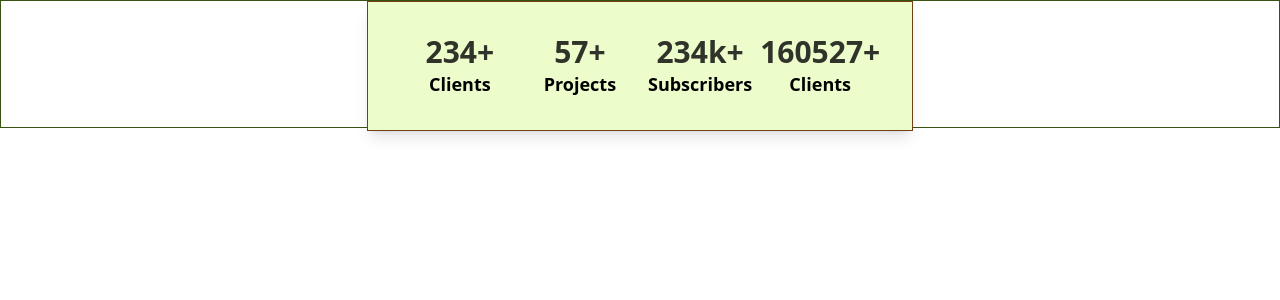
Repository: Kish202/Coz-Marketing-Site
Page: / (app in frontend/)
These files come from the project's save history. The page is drawn as it stood at one moment and after the next save; the edit follows.
The browser window is 1280 px wide. The pictures show the whole page.
The project was rebuilt for these pictures with package versions that can differ from the ones it lists, and the page was loaded fresh each time. Also part of the build but not shown: frontend/vite.config.js.

Above is the page before, as saved 2025-03-09 12:29:16.

After the next save:
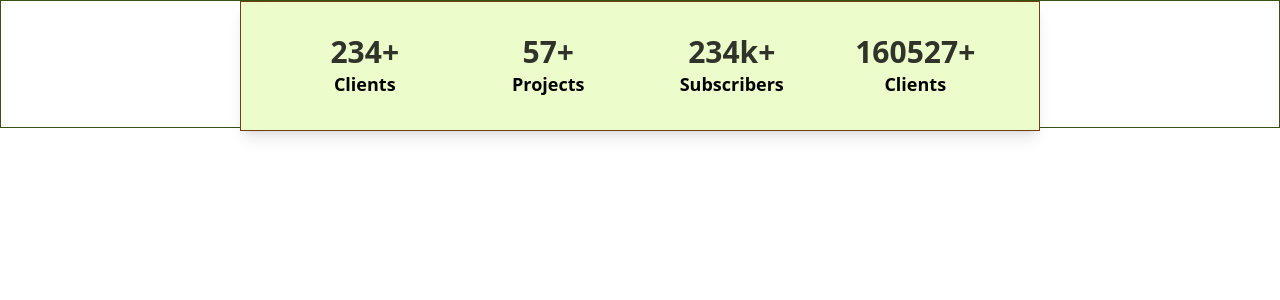
Saved 52 s later.
--- a/frontend/src/components/Service/Service.jsx
+++ b/frontend/src/components/Service/Service.jsx
@@ -4,7 +4,7 @@ import CountUp from "react-countup"
 const Service =() =>{
   return (
     <section className="container h-12 md:h-32 border border-lime-900">
-     <div className="grid grid-cols-4  place-self-center  border border-yellow-900 bg-lime-100 p-2 shadow-lg dark:bg-violet-800 dark:text-white/70 md:max-w-[800px]  md:p-8">
+     <div className="grid grid-cols-4 w-full place-self-center  border border-yellow-900 bg-lime-100 p-2 shadow-lg dark:bg-violet-800 dark:text-white/70 md:max-w-[800px]  md:p-8">
     <div className="flex flex-col items-center justify-center " >
 
 
